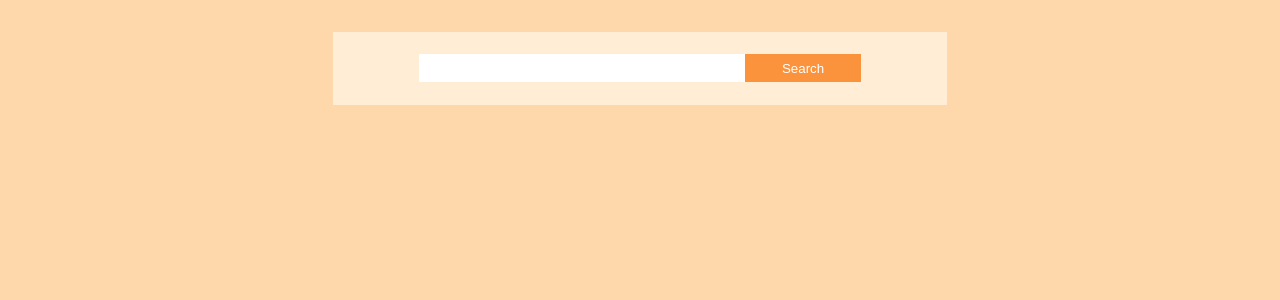
Repository: sandipkarmokar/recipeApp
Page: /
An editor plug-in stored every save of this project. The page is shown before and after the next save, followed by the edit.
The browser window is 1280 px wide. The pictures show the whole page.
The project was rebuilt for these pictures with package versions that can differ from the ones it lists, and the page was loaded fresh each time.

Above is the page before, as saved 2022-04-16 11:53:03.

After the next save:
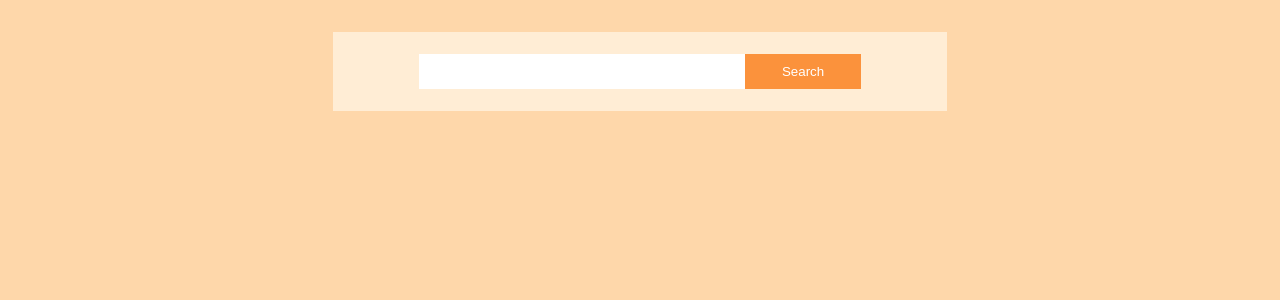
Saved 6 s later.
--- a/src/App.css
+++ b/src/App.css
@@ -36,7 +36,7 @@
 }
 .app .app-container .searchBar .searchBar-container button {
     width: 25%;
-    padding: 0.4rem 1rem;
+    padding: 0.6rem 1rem;
     background-color: #fb923c;
     border: none;
     color: #fff;
